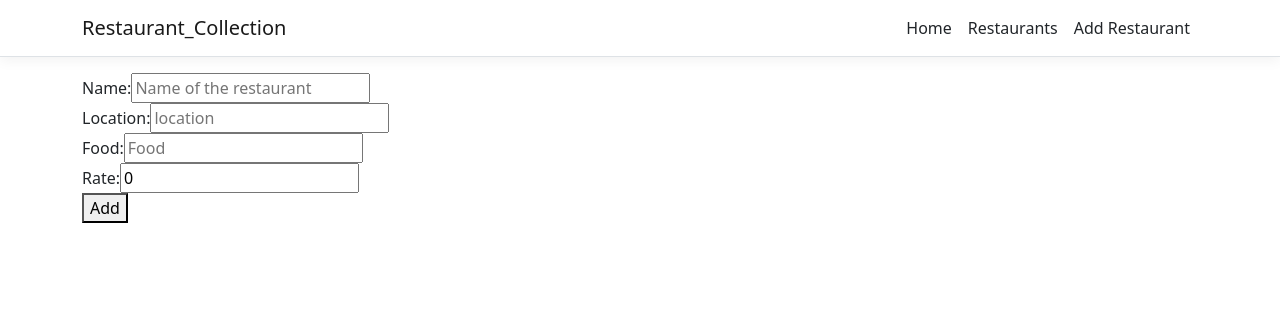
Repository: AkshatKapo/Restaurant-collection-web-app
Page: /add-restaurant (app in ClientApp/)
The author's editor kept a copy of each file at every save. The page is drawn from the files as they stood at one save, then again after the next save.
The browser window is 1280 px wide. The pictures show the whole page.
The project was rebuilt for these pictures with package versions that can differ from the ones it lists, and the page was loaded fresh each time. Also part of the build but not shown: ClientApp/angular.json, ClientApp/src/app/home/home.component.ts, ClientApp/src/app/counter/counter.component.ts, ClientApp/src/app/fetch-data/fetch-data.component.ts, ClientApp/src/app/Components/show-restaurants/show-restaurants.component.ts, ClientApp/src/app/Components/DeleteRestaurant/delete-restaurant/delete-restaurant.component.ts.

Above is the page before, as saved 2024-08-08 10:19:09.

After the next save:
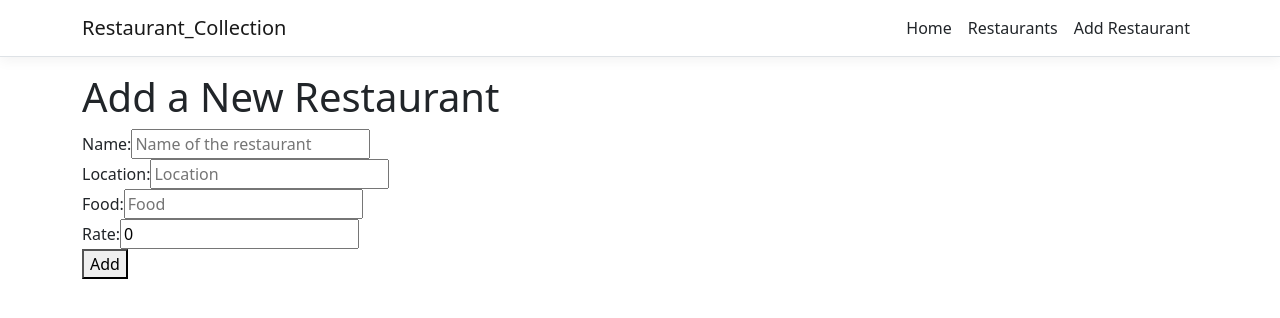
Saved 8 s later.
--- a/ClientApp/src/app/Components/AddRestaurants/add-restaurants/add-restaurants.component.html
+++ b/ClientApp/src/app/Components/AddRestaurants/add-restaurants/add-restaurants.component.html
@@ -1,4 +1,5 @@
-<div class="Addrestaurant">
+<div class="add-restaurant-container">
+    <h1>Add a New Restaurant</h1>
     <form [formGroup]="addRestaurantForm" (ngSubmit)="onSubmit()">
         <div class="form-group">
             <label for="restaurant_Name">Name:</label>
@@ -6,33 +7,21 @@
                 placeholder="Name of the restaurant" />
         </div>
 
-
-
         <div class="form-group">
             <label for="location">Location:</label>
-            <input type="text" id="location" formControlName="location" placeholder="location" />
+            <input type="text" id="location" formControlName="location" placeholder="Location" />
         </div>
-
-
-
 
         <div class="form-group">
             <label for="food">Food:</label>
             <input type="text" id="food" formControlName="food" placeholder="Food" />
         </div>
 
-
         <div class="form-group">
             <label for="rate">Rate:</label>
-            <input type="text" id="rate" formControlName="rate" />
+            <input type="number" id="rate" formControlName="rate" placeholder="0 - 5" />
+        </div>
 
-        </div>
-        <button type="submit">Add</button>
-
+        <button type="submit" class="add-btn">Add</button>
     </form>
-
-
-
-
-
 </div>
